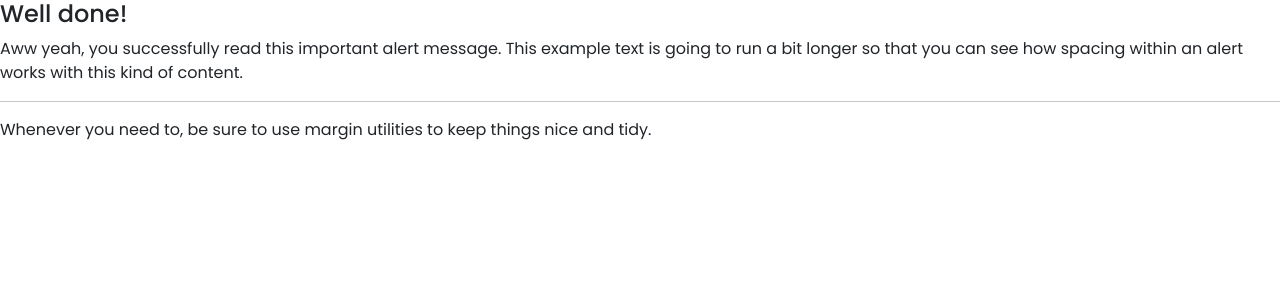
Repository: isaacCodes1/My-Project
Page: alert.html
These files come from the project's save history. The page is drawn as it stood at one moment and after the next save; the edit follows.
The browser window is 1280 px wide. The pictures show the whole page.

Above is the page before, as saved 2024-03-21 15:33:25.

### alert.html
<!DOCTYPE html>
<html lang="en">
  <head>
    <meta charset="UTF-8" />
    <meta name="viewport" content="width=device-width, initial-scale=1.0" />
    <link
      href="https://cdn.jsdelivr.net/npm/bootstrap@5.2.3/dist/css/bootstrap.min.css"
      rel="stylesheet"
      integrity="sha384-rbsA2VBKQhggwzxH7pPCaAqO46MgnOM80zW1RWuH61DGLwZJEdK2Kadq2F9CUG65"
      crossorigin="anonymous"
    />
    <script
      src="https://cdn.jsdelivr.net/npm/bootstrap@5.2.3/dist/js/bootstrap.bundle.min.js"
      integrity="sha384-kenU1KFdBIe4zVF0s0G1M5b4hcpxyD9F7jL+jjXkk+Q2h455rYXK/7HAuoJl+0I4"
      crossorigin="anonymous"
    ></script>
    <link rel="stylesheet" href="style.css" />
    <title>Document</title>
  </head>
  <body>
    <div class="alert-success" role="alert">
      <h4 class="alert-heading">Well done!</h4>
      <p>
        Aww yeah, you successfully read this important alert message. This
        example text is going to run a bit longer so that you can see how
        spacing within an alert works with this kind of content.
      </p>
      <hr />
      <p class="mb-0">
        Whenever you need to, be sure to use margin utilities to keep things
        nice and tidy.
      </p>
    </div>
  </body>
  <script
    src="https://cdn.jsdelivr.net/npm/@popperjs/core@2.11.6/dist/umd/popper.min.js"
    integrity="sha384-oBqDVmMz9ATKxIep9tiCxS/Z9fNfEXiDAYTujMAeBAsjFuCZSmKbSSUnQlmh/jp3"
    crossorigin="anonymous"
  ></script>
  <script
    src="https://cdn.jsdelivr.net/npm/bootstrap@5.2.3/dist/js/bootstrap.min.js"
    integrity="sha384-cuYeSxntonz0PPNlHhBs68uyIAVpIIOZZ5JqeqvYYIcEL727kskC66kF92t6Xl2V"
    crossorigin="anonymous"
  ></script>
</html>

### style.css
@import url("https://fonts.googleapis.com/css2?family=Poppins:ital,wght@0,100;0,200;0,300;0,400;0,500;0,600;0,700;0,800;0,900;1,100;1,200;1,300;1,400;1,500;1,600;1,700;1,800;1,900&display=swap");
* {
  margin: 0;
  padding: 0;
  box-sizing: border-box;
  font-family: "Poppins", sans-serif;
}
nav {
  display: flex;
  align-items: center;
  justify-content: space-between;
  width: 100%;
  padding: 20px 40px;
}
.image a {
  display: flex;
  align-items: center;
  gap: 6px;
  text-decoration: none;
  color: #000;
  font-size: 16px;
  font-weight: 900;
}
.image a img {
  width: 16%;
}
.navItems {
  display: flex;
  gap: 30px;
  align-items: center;
}
.navItems ul {
  display: flex;
  gap: 30px;
  list-style: none;
}
.navItems ul li a {
  text-decoration: none;
  color: #000;
  font-size: 16px;
  font-weight: 500;
}
.navItems ul li a:hover {
  transform: scale(1.05);
  color: #ebd96b;
  font-style: italic;
  border: 1px solid #000;
  transition: 1s ease-in-out;
}
.navItems button {
  border: 0;
  background: #000;
  padding: 10px 20px;
  color: #fff;
  border-radius: 5px;
  font-size: 13px;
}
.navItems button:hover {
  transform: scale(1.05);
  transition: 1s ease-in-out;
  color: #000;
  background: rgb(137, 136, 136);
}
.welcome {
  font-size: 30px;
  font-weight: 900;
  font-style: oblique;
}
.firstPageCont {
  padding: 20px 40px;
}
.FirstPage {
  display: flex;
  flex: 1;
  width: 100%;
  height: 90vh;
  padding: 40px 10px 0px 10px;
  border-radius: 30px;
  background: #f4f6f5;
}
.txtCont {
  display: flex;
  flex: 0.5;
  flex-direction: column;
  gap: 10px;
  padding-left: 40px;
}

.txtCont h1 {
  font-size: 64px;
  font-weight: 900;
  width: 50%;
  line-height: 75px;
}

.txtCont p {
  font-size: 20px;
}
.txtBtn {
  display: flex;
  align-items: center;
  width: 80%;
  margin-top: 10px;
  gap: 10px;
}
.btns {
  border: 0;
  background: #000;
  padding: 10px 20px;
  color: #fff;
  border-radius: 5px;
  font-size: 19px;
}
.btns:hover {
  transform: scale(1.05);
  transition: 1s ease-in-out;
  color: #000;
  background: rgb(137, 136, 136);
}
.txtBtn img {
  width: 100px;
}
.imgCont {
  flex: 0.5;
  display: flex;
  position: relative;
}
.star1 {
  position: absolute;
  top: 5px;
  left: 10px;
}
.star1 img {
  width: 30px;
}
.star2 {
  position: absolute;
  top: 20px;
  left: 450px;
}
.star2 img {
  width: 30px;
}
.star3 {
  position: absolute;
  bottom: 10px;
  left: 70px;
}
.star3 img {
  width: 30px;
}
.star4 {
  position: absolute;
  bottom: 20px;
  left: 400px;
}
.star4 img {
  width: 30px;
}
.spn1 {
  display: flex;
  align-items: center;
  background-image: url(/Assets/Pics/rectangle1.png);
  background-size: cover;
  background-repeat: no-repeat;
  width: 100%;
  padding-left: 20px;
}
.spn2 {
  background-image: url(/Assets/Pics/Rectangle2.png);
  background-size: cover;
  background-repeat: no-repeat;
  padding-right: 50px;
  padding-left: 20px;
}
/* next Page */
.firstPageFooter {
  background: #ebd96b;
  padding: 20px 10px;
  display: flex;
  align-items: center;
  justify-content: center;
}
.logoCont {
  display: flex;
  justify-content: center;
  gap: 100px;
}
.logoCont img {
  width: 7%;
}
.nextPageCont {
  margin-top: 20px;
  padding: 20px 40px;
  display: flex;
  flex-direction: column;
  gap: 55px;
  margin-bottom: 50px;
}
.nextPageText {
  position: relative;
}
.nextPageText h1 {
  font-size: 38px;
  letter-spacing: 1px;
  font-weight: 900;
}
.nextPageText img {
  position: absolute;
  bottom: 5px;
  left: 200px;
  width: 10%;
  z-index: -1;
}
.prettyImages {
  display: flex;
  gap: 35px;
}

.prettyImg img {
  width: 100%;
}
.payDay {
  background: linear-gradient(
    1.32deg,
    #e0c340 0.13%,
    #dfc23e 3.97%,
    #e1c441 7.2%,
    #e3c743 10.13%,
    #e4c542 12.98%,
    #e6c744 15.99%,
    #e7c845 19.52%,
    #e5c643 23.96%,
    #e6c945 30.43%,
    #e3c743 36.49%,
    #e9ca48 42.49%,
    #edce49 49.35%,
    #f0d44c 55.42%,
    #f4d84f 61.43%,
    #f6da52 65.74%,
    #f7db53 72.23%,
    #f9dd55 77.43%,
    #f9df56 83.84%,
    #fae157 91.52%,
    #f9df56 97.87%
  );
}
.yellowTxt {
  flex-direction: column;
  margin-bottom: 10px;
}
.yellowTxt h1 {
  font-size: 65px;
  font-weight: 900;
}
.yellowTxt p {
  font-size: 22px;
  font-weight: 500;
}

.yellowImg img {
  flex: 0.5;
  display: flex;
  width: 600px;
  position: relative;
}

.genDiv {
  display: flex;
  align-items: center;
}
.btn1 {
  border: 0;
  background: #000;
  padding: 15px 25px;
  color: #fff;
  border-radius: 5px;
  font-size: 18px;
  font-weight: 500;
}
.btn:hover {
  transform: scale(1.05);
  transition: 1s ease-in-out;
  color: #000;
  background: rgb(137, 136, 136);
}
.spn3 {
  display: flex;
  background-image: url(/Assets/rectangle1.png);
  background-size: cover;
  background-repeat: no-repeat;
  width: 300px;
}
.nxtSect {
  margin-top: 20px;
  padding: 20px 40px;
  display: flex;
  flex-direction: column;
  gap: 50px;
  margin-bottom: 50px;
}
.Images2 {
  display: flex;
}
.prettyImg2 {
  position: relative;
}
.prettyImg2 img {
  width: 70;
  height: 500px;
  margin-left: 70px;
}
.nextPageCont2 {
  margin-top: 20px;
  padding: 20px 40px;
  display: flex;
  gap: 50px;
  margin-bottom: 50px;
  display: flex;
  justify-content: space-between;
  align-items: center;
}
.nextPageText2 {
  display: flex;
  flex-direction: column;
  margin-left: 50px;
}
.nextPageText2 p {
  margin-bottom: 30px;
  color: #898a89;
}
.nextPageText2 h1 {
  font-size: 30px;
  letter-spacing: 1px;
  font-weight: 900;
}
.nextPageText2 img {
  width: 30%;
  cursor: pointer;
  display: flex;
}
.store {
  display: flex;
  justify-content: space-between;
}
.store a img {
  width: 140px;
  gap: 50px;
}
.circle1 {
  position: absolute;
  right: 350px;
  bottom: 500px;
}
.circle1 img {
  width: 15px;
  height: 15px;
  display: flex;
}
.circley {
  position: absolute;
  right: 0;
  bottom: 470px;
}
.circley img {
  width: 30px;
  height: 30px;
}
.circleye {
  position: absolute;
  right: 400px;
  bottom: 60px;
}
.circleye img {
  width: 17px;
  height: 17px;
}
.circle2 {
  position: absolute;
  right: 0;
  bottom: 100px;
}
.circle2 img {
  width: 10px;
  height: 10px;
}
.elipses {
  position: absolute;
}
.bigC {
  position: absolute;
  right: -12px;
  bottom: 100px;
  z-index: -1;
}
.bigC img {
  width: 300px;
  height: 300px;
  background: transparent;
}

.largeC {
  position: absolute;
  right: -41px;
  bottom: 70px;
  z-index: -1;
}
.largeC img {
  width: 360px;
  height: 360px;
  /* background: transparent; */
}
.largeC1 {
  position: absolute;
  right: -70px;
  bottom: 50px;
  z-index: -1;
}
.largeC1 img {
  width: 420px;
  height: 400px;
}
.footerDiv {
  background: #e5c643;
  padding-bottom: 170px;
}
.h1footer {
  color: #fff;
  text-align: center;
  padding-top: 50px;
  font-size: 30px;
  font-weight: 1000;
}
.pFooter {
  display: flex;
  flex-direction: column;
  justify-content: center;
  align-items: center;
  text-align: center;
  color: #fff;
  font-size: 30px;
}

.input {
  background: #fff;
  width: 40%;
  padding: 5px 0px;
  border-radius: 10px;
}
.input input {
  background: none;
  border: 0;
  padding: 13px 0px 13px 0px;
  width: 76%;
  font-size: 17px;
  outline: 0;
}
.input a {
  font-size: 20px;
  text-decoration: 0;
  color: #fff;
  background: #000;
  padding: 10px 30px;
  border-radius: 5px;
}
.input a:hover {
  transform: scale(1.05);
  transition: 1s ease-in-out;
  color: #000;
  background: rgb(137, 136, 136);
}
.alert{
    border: 1px solid ;
    text-decoration: none;
    font-size: 15px;
    background: blue;
    color: #fff;
    border-top-left-radius: 15px;
}
.alert:hover{
    background: black;
    color: #fff;
    border-top-left-radius:5px;
    transition: 1s ease-in-out;
}

After the next save:
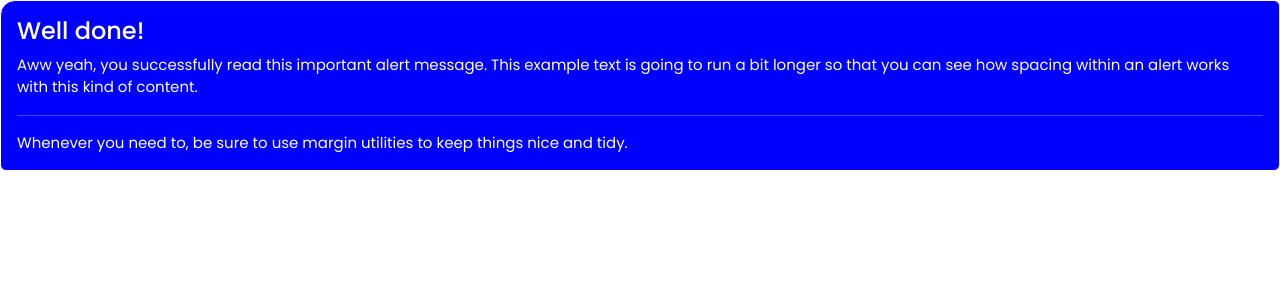
Saved 13 s later.
--- a/alert.html
+++ b/alert.html
@@ -18,7 +18,7 @@
     <title>Document</title>
   </head>
   <body>
-    <div class="alert-success" role="alert">
+    <div class=" alert alert-success" role="alert">
       <h4 class="alert-heading">Well done!</h4>
       <p>
         Aww yeah, you successfully read this important alert message. This
